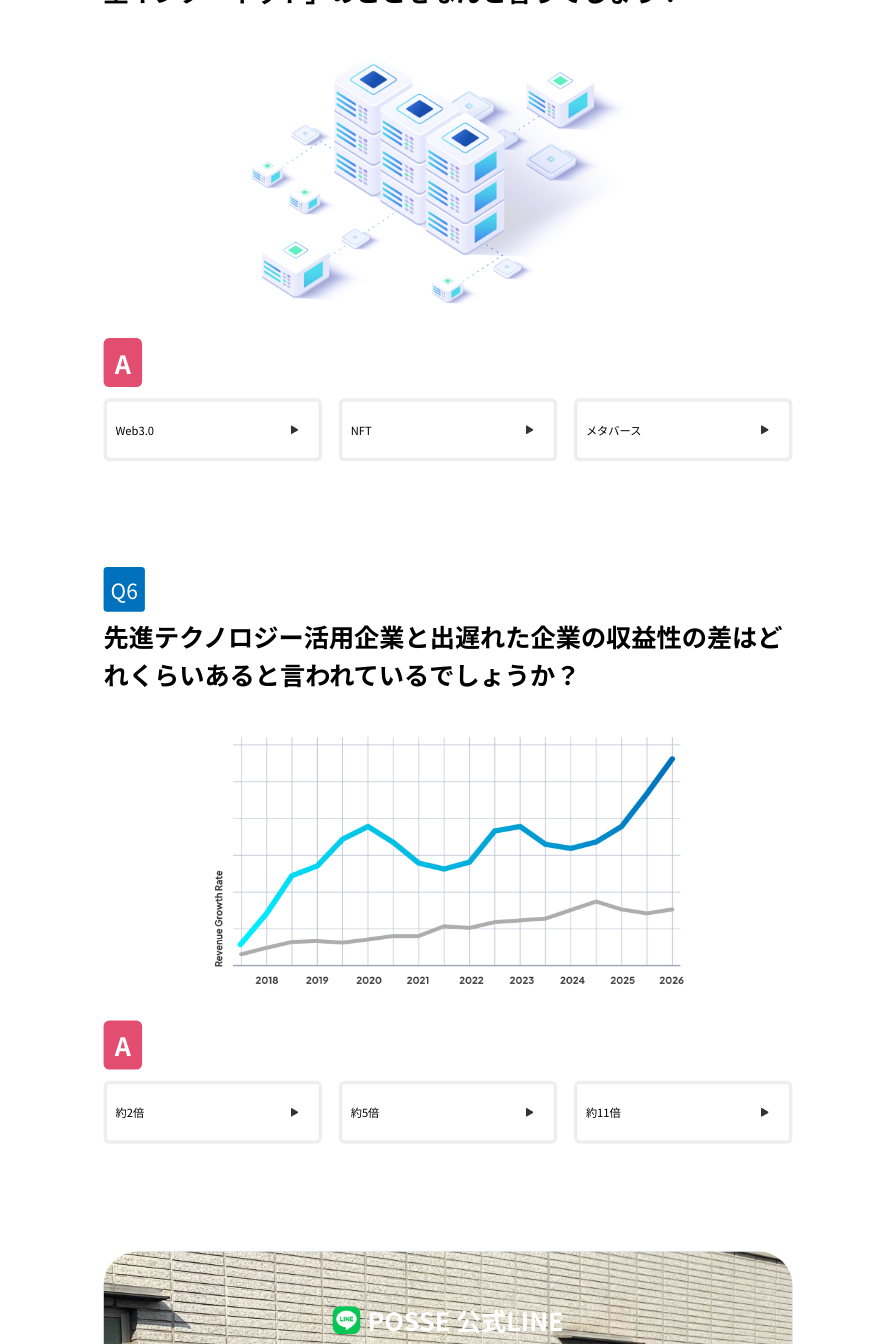
Repository: posse-ap/gen3.0-yurietanaka
Page: ph1-web-quiz/index.html
These files come from the project's save history. The page is drawn as it stood at one moment and after the next save; the edit follows.
The browser window is 1280 px wide. The pictures show the part of the page from y = 4580 to 6500 px (the page is 7059 px tall), at 70% of full size.

Above is the page before, as saved 2022-09-02 15:27:11.

### ph1-web-quiz/index.html
<!DOCTYPE html>
<html lang="ja">
<head>
        <meta charset="UTF-8">
        <meta http-equiv="X-UA-Compatible" content="IE=edge">
        <meta name="viewport" content="width=device-width, initial-scale=1.0">
        <title>ITクイズ | POSSE 初めてのWeb制作</title>

        <link rel="stylesheet" href="reset.css">
        <link rel="stylesheet" href="style.css">
        <script defer src="./main.js"></script>


        <link rel="preconnect" href="https://fonts.googleapis.com">
        <link rel="preconnect" href="https://fonts.gstatic.com" crossorigin="">
        <link href="https://fonts.googleapis.com/css2?family=Noto+Sans+JP:wght@400;700&amp;family=Plus+Jakarta+Sans:wght@400;700&amp;display=swap" rel="stylesheet">

</head>


<body>

  <header class="header">
            <div class="header-logo"><img src="./assets-ph1-website-main 2/img/logo.svg" alt="POSSE"></div>

            <ul class="header-item">
                <li class="rightheader-word">
                    <a href="https://posse-ap.github.io/sample-ph1-website/" class="top-page-url">トップページ</a>
                </li>
                <li class="rightheader-word">
                    <a href="https://posse-ap.github.io/sample-ph1-website/quiz/" class="quiz-page-url" >クイズ</a>
                </li>

                <li class="rightheader-icon">
                <img src="assets-ph1-website-main 2/img/icon/icon-twitter.svg">
                <a href="https://twitter.com/posse_program"></a>
                </li>

                <li class="rightheader-icon">
                <img src="./assets-ph1-website-main 2/img/icon/icon-instagram.svg">
                <a href="https://www.instagram.com/posse_programming/"></a>
                </li>
            </ul>
        </header>





  <main class="main">

      <div class="heropage">
        <img src="./assets-ph1-website-main 2/img/quiz/bg-hero.jpg" class="hero-pic">
        <h1 class="hero">
              <span class="hero1">POSSE課題</span>
              <br>
              <br>
              <br>
              <span class="hero2">ITクイズ</span>
        </h1>
      </div>

      <div class="quizpage">
                  <!-- <ul class="questions">
                    <li class="q-number">Q1</li>
                    <br>
                    <li class="q-passage" >日本のIT人材が2030年には最大どれくらい不足すると言われ<br>ているでしょうか？</li>
                    <img src="./assets-ph1-website-main 2/img/quiz/img-quiz01.png" class="q-pic">
                  </ul>

                  <br>
                    <span class="answer">A</span>

                    <ul class="buttons">
                      <li class="selectbox" id="answerlist_1_1" onclick="check(1, 1, 2)">
                        <button class="" data-answer="0">
                        約28万人▶︎
                        </button>
                    </li>
                      <li class="selectbox" id="answerlist_1_2" onclick="check(1,2,2)">
                        <button class="" data-answer="1">
                        約79万人▶︎
                        </button>
                    </li>
                      <li class="selectbox"id="answerlist_1_3" onclick="check(1,3,2)">
                        <button  data-answer="2">
                        約183万人▶︎
                        </button>
                    </li>
                    </ul>

                <cite class="cite">
                  <img src="./assets-ph1-website-main 2/img/icon/icon-note.svg" class="cite-pic">
                  経済産業省 2019年3月 － IT 人材需給に関する調査
                </cite>
                </section>


                <section data-quiz="1">
                    <h2 class="questions">
                    <span class="q-number">Q2</span>
                    <span class="q-passage">既存業界のビジネスと、先進的なテクノロジーを結びつけて生まれた、新しいビジネスのことをなんと言うでしょう？</span>
                  </h2>
                    <img src="./assets-ph1-website-main 2/img/quiz/img-quiz02.png"  class="q-pic">
                  <span class="answer">A</span>
                  <ul class="buttons">
                    <li>
                      <button data-answer="0">
                        INTECH
                      </button>
                    </li>

                    <li>
                      <button data-answer="1">
                        BIZZTECH<i class=""></i>
                      </button>
                    </li>

                    <li>
                      <button  data-answer="2">
                        X-TECH<i class=""></i>
                      </button>
                    </li>
                  </ul>
              </section>

              <section data-quiz="2">
                  <h2 class="questions">
                    <span class="q-number">Q3</span>
                    <span class="q-passage">IoTとは何の略でしょう？</span>
                  </h2>
                    <img src="./assets-ph1-website-main 2/img/quiz/img-quiz03.png"  class="q-pic">
                  <span class="answer">A</span>
                  <ul class="buttons">
                    <li>
                      <button data-answer="0">
                        Internet of Things
                      </button>
                    </li>
                    <li >
                      <button data-answer="1">
                        Integrate into Technology
                      </button>
                    </li>
                      <button  data-answer="2">
                        Information on Tool
                      </button>
                    </li>
                  </ul>
                </div>
              </section>

              <section  data-quiz="3">
                  <h2 class="questions">
                    <span class="q-number">Q4</span>
                    <span class="q-passage">イギリスのコンピューター科学者であるギャビン・ウッド氏が提唱した、ブロックチェーン技術を活用した「次世代分散型インターネット」のことをなんと言うでしょう？</span>
                  </h2>
                    <img src="./assets-ph1-website-main 2/img/quiz/img-quiz04.png"  class="q-pic">
                  <span class="answer">A</span>
                  <ul class="buttons">
                    <li>
                      <button class="" dataAnswer="0">
                        Society 5.0
                      </button>
                    </li>
                    <li >
                      <button class="" dataAnswer="1">
                        CyPhy<i class=""></i>
                      </button>
                    </li>
                    <li>
                      <button dataAnswer="2">
                        SDGs
                      </button>
                    </li>
                  </ul>
                <cite class="cite">
                Society5.0 - 科学技術政策 - 内閣府
                </cite>
              </section>

              <section  data-quiz="4">
                  <h2 class="questions">
                    <span class="q-number">Q5</span>
                    <span class="q-passage">イギリスのコンピューター科学者であるギャビン・ウッド氏が提唱した、ブロックチェーン技術を活用した「次世代分散型インターネット」のことをなんと言うでしょう？</span>
                  </h2>
                    <img src="./assets-ph1-website-main 2/img/quiz/img-quiz05.png" alt="" class="q-pic">
                  <span class="answer">A</span>
                  <ul class="buttons">
                    <li>
                      <button  dataAnswer="0">
                        Web3.0
                      </button>
                    </li>
                    <li>
                      <button dataAnswer="1">
                        NFT<i class=""></i>
                      </button>
                    </li>
                      <button class="" dataAnswer="2">
                        メタバース
                      </button>
                    </li>
                  </ul>
              </section>

              <section class="" data-quiz="5">
                  <h2 class="questions">">
                    <span class="q-number">Q6</span>
                    <span class="q-passage">先進テクノロジー活用企業と出遅れた企業の収益性の差はどれくらいあると言われているでしょうか？</span>
                  </h2>
                    <img src="./assets-ph1-website-main 2/img/quiz/img-quiz06.png" alt="" class="q-pic">

                  <span class="answer">A</span>
                  <ul class="buttons">
                      <button class="" dataAnswer="0">
                        約2倍
                      </button>
                    </li>
                    <li class="">
                      <button class="" dataAnswer="1">
                        約5倍
                      </button>
                    </li>
                    <li class="">
                      <button class="" dataAnswer="2">
                        約11倍
                      </button>
                    </li>
                  </ul>
                </div>
                <cite class="">
                  Accenture Technology Vision 2021
                </cite>
              </section>
            </div> -->
          </div>
        </main>





        <div class="p-line">
          <div class="l-container">

              <div class="p-line-body-inner">
                <img src="./assets-ph1-website-main 2/img/icon/35546.jpeg" class="footer-line-icon">
                <h2 class="p-line-title">POSSE 公式LINE</h2>
              </div>

                <div class="p-line-content">
                  <p>公式LINEにてご質問を随時受け付けております。<br>詳細やPOSSE最新情報につきましては、公式LINEにてお知らせ致しますので<br>下記ボタンより友達追加をお願いします！</p>
                </div>

                <a href="https://line.me/R/ti/p/@651htnqp?from=page"class="p-line-footer">
                  LINE追加
                  <img src="./assets-ph1-website-main 2/img/icon/icon-link-gray-dark.svg">
                </a>
          </div>
        </div>



        <footer class="footer">

<hr>

            <div class="footer2">

                <img src="./assets-ph1-website-main 2/img/logo.svg" class="footer2logo" >

                <a href="https://posse-ap.com/"class="footer2-moji">POSSE公式サイト<img src="./assets-ph1-website-main 2/img/icon/icon-link-gray-dark.svg" ></a>


                  <ul class="footer2icon">
                    <li class="f2-sns">
                    <a href="https://twitter.com/posse_program">
                    <img src="./assets-ph1-website-main 2/img/icon/icon-twitter.svg">
                    </a>
                    </li>

                    <li class="f2-sns">
                    <a href="https://www.instagram.com/posse_programming/"   ><img src="./assets-ph1-website-main 2/img/icon/icon-instagram.svg">
                    </a>
                    </li>
                  </ul>
            </div>

<hr>

            <div class="copyright">
                <small lang="en">©︎2022 POSSE</small>
            </div>
        </footer>


    </body>



</html>

### ph1-web-quiz/reset.css
@charset "UTF-8";
html, body, div, span, applet, object, iframe,
h1, h2, h3, h4, h5, h6, p, blockquote, pre,
a, abbr, acronym, address, big, cite, code,
del, dfn, em, img, ins, kbd, q, s, samp,
small, strike, strong, sub, sup, tt, var,
b, u, i, center,
dl, dt, dd, ol, ul, li,
fieldset, form, label, legend,
table, caption, tbody, tfoot, thead, tr, th, td,
article, aside, canvas, details, embed,
figure, figcaption, footer, header, hgroup,
menu, nav, output, ruby, section, summary,
time, mark, audio, video {
margin: 0;
padding: 0;
border: none;
font-style: normal;
text-align: left;
zoom: 1;
}
article, aside, details, figcaption, figure,
footer, header, hgroup, menu, nav, section {
display: block;
}
table {
border-collapse: collapse;
font-family: inherit;
}
h1,h2,h3,h4,h5 {
font-size: 100%;
font-weight: normal;
line-height: 1;
}
input,textarea,select {
font-family: inherit;
font-size: 16px;
}
input[type="button"],input[type="text"],input[type="submit"] {
 -webkit-appearance: none;
 border-radius: 0;
}
textarea {
resize: none;
-webkit-appearance: none;
border-radius: 0;
}
th,td {
border-collapse: collapse;
}
table th,table td {
white-space: nowrap;
}
ul,ol {
list-style-type: none;
}
img {
vertical-align: text-bottom;
vertical-align: -webkit-baseline-middle;
max-width: 100%;
height: auto;
width /***/:auto;
}

### ph1-web-quiz/style.css
/* header */

.header{
    display: flex;
    justify-content: space-between;
    align-items: center;
    position: fixed;
    width: 100%;
    background-color:white;
    padding: 20px;
}

.header-item{
    display: flex;
    justify-content: space-between;
    align-items: center;
    color: gray;
    text-decoration: none;
}

.header-logo{
    margin-left: 20px;
}

.rightheader-word{
    margin-right: 20px;
    text-decoration: none;
    color: gray;
}

.rightheader-icon{
margin-right: 20px;
margin-bottom: 5px;
}
.top-page-url{
color: gray;
text-decoration: none;
}

.quiz-page-url{
color: gray;
text-decoration: none;
}

body{
font-family: "Noto Sans JP", sans-serif;
}


/* hero */

.heropage{
margin-bottom: 50px;
}

/* .hero-pic{

} */

.hero{
position:absolute;
top: 190px;
left: 500px;

}

.hero1{
color: white;
font-size: 20px;
}

.hero2{
color: white;
font-size: 50px;

}

/* quiz */
.p-quiz-box{
max-width: 1032px;
width: 100%;
margin: 120px auto 0;
}

.q-container{
    padding: 24px;
}

.quizpage{
display: flex;
flex-direction: column;
justify-content: center;
text-align: left;
}

.questions{
/* display: flex; */
flex-direction: column;
justify-content: center;
}

.q-number{
background-color: #0071bc;
border-radius: 5px;
font-size: 30px;
color: white;
padding: 10px;
/* margin: 10px; */
width: 40px;
}
.q-passage{
font-size: 36px;
font-weight: bold;
display: block;
margin-top: 24px;
line-height: 1.5;
}

.answer{
display: inline-block;
padding: 8px 16px;
background: #e34e70;
border-radius: 8px;
font-style: normal;
font-weight: 700;
font-size: 36px;
line-height: 150%;
color: #ffffff;
}

.q-pic{
max-width:718px;
width: 100%;
height: 357px;
display: block;
margin:64px auto 0 ;
}

.p-quiz-box-answer{
text-align: left;
padding: 24px;
}

.buttons{
display: flex;
justify-content: center;
gap: 24px;
margin-top: 16px;
max-width: 1002px;
width: 100%;
}

.select-box {
width: 100px;
height: 30px;
}

.correct-button{
border: solid 2px blue;
}

.incorrect-button{
border: solid 2px blue;
}

.yes,.no{
color: #e34e70;
font-size: 24px;
line-height: 150%;
letter-spacing: 0.05em;
padding-top: 24px;
margin-left: 40px;
}

.A{
display: inline-block;
font-size: 24px;
font-weight: 700;
line-height: 180%;
margin-top: 16px;
margin-right: 16px;
margin-left: 40px;
}

h3{
font-weight: 700;
}

.no{
color: #0071bc;
}

.pointer-none{
pointer-events: none;
}

.cite{
margin-bottom: 10px;
background-color: gray;
width: 600px;
}

.btn{
background-color: #ffffff;
border:5px solid #eeeeee;
border-radius: 8px;
max-width: 290px;
width:100%;
height: 80px;
line-height: 80px;
padding-left: 12px;
cursor: pointer;
cursor: hand;
}

.arrow{
background-image: url(./assets-ph1-website-main\ 2/img/icon/icon-arrow.svg);
background-repeat: no-repeat;
background-position: 90% center;

}

.answer-box{
background-color: #fff2f5;
display: none;
height: 143px;
margin-top: 16px;
border-radius: 8px;
}

.x-answer-box{
background-color: #eff2f5;
display: none;
height: 143px;
margin-top: 16px;
border-radius: 8px;

}

.show{
display: block;
}

/* footer */
.p-line{
margin-top: 130px;
}
.l-container{
width: 984px;
height: 357px;
background-color: #0071bc;
border-radius: 48px;
color: #ffffff;
margin: 0 auto;
display: flex;
flex-direction: column;
align-items: center;
justify-content: center;
background-image: url(./assets-ph1-website-main\ 2/img/bg-line.jpg) ;
background-repeat: no-repeat;
background-size: ;
}
.p-line-body-inner{
display: flex;
align-items: center;
gap: 10px;
}
.p-line-title{
font-size: 36px;
font-weight: 700;
}
.footer-line-icon{
width: 40px;
border-radius: 11px;
}
.p-line-content p{
text-align: center;
}
.p-line-content{
margin-top: 18px;
}
.p-line-footer{
background-color: #ffffff;
width: 320px;
margin-top: 24px;
text-align: center;
padding: 12px;
border-radius: 50px;
text-decoration: none;
color: #333;
font-weight: bold;
position: relative;
}
.p-line-footer img{
width: 12px;
height: 12px;
position: absolute;
top: 17px;
right: 15px;
}


/* footer2 */
.footer2{
display: flex;
flex-direction: column;
justify-content: center;
align-items: center;
}

.footer2 a{
text-decoration: none;
color: #666666;
}

.footer2 a img{
width: 16px;
height: 16px;
margin-top: 4px;
}

.footer2logo{
width: 202px;
height: 39px;
margin-top: 50px;
}

.footer2-moji{
display: flex;
justify-content: center;
gap: 7px;
margin-top: 24px;
}

.footer2icon{
display: flex;
justify-content: center;
margin-bottom: 50px;
}

.f2-sns a{
width: 50px;
height: 50px;
border: 3px #eee solid;
border-radius: 50%;

}

/* copyright */
.copyright{
text-align: center;
height: 80px;
line-height: 80px;
}

### ph1-web-quiz/main.js
'use strict';

const question = [
    {
        questionText : "日本のIT人材が2030年には最大どれくらい不足すると言われ<br>ているでしょうか?",
        select : ["約28万人", "約79万人","約183万人"],
        answer :  1,
        note : "経済産業省 2019年3月 - IT 人材需給に関する調査"
    },
    {
        questionText : "既存業界のビジネスと、先進的なテクノロジーを結びつけて<br>生まれた、新しいビジネスのことをなんと言うでしょう？",
        select : ["INTECH","BIZZTECH"," X-TECH"],
        answer : 2
    },
    {
        questionText : "IoTとは何の略でしょう?",
        select : ["Internet of Things","Integrate into Technology","Information on Tool"],
        answer : 0
    },
    {
        questionText : "イギリスのコンピューター科学者であるギャビン・ウッド氏<br>が提唱した、ブロックチェーン技術を活用した「次世代分散<br>型インターネット」のことをなんと言うでしょう？",
        select : ["Society 5.0","CyPhy","SDGs"],
        answer : 0,
        note :"Society5.0 - 科学技術政策 - 内閣府"
    },
    {
        questionText : "イギリスのコンピューター科学者であるギャビン・ウッド氏<br>が提唱した、ブロックチェーン技術を活用した「次世代分散<br>型インターネット」のことをなんと言うでしょう？",
        select :["Web3.0","NFT","メタバース"],
        answer : 0
    },
    {
        questionText : "先進テクノロジー活用企業と出遅れた企業の収益性の差はど<br>れくらいあると言われているでしょうか？",
        select :["約2倍","約5倍","約11倍"],
        answer : 1,
        note : "Accenture Technology Vision 2021"
    }
]
console.log(question[0].select[question[0].answer]);

console.log(question[0].answer)

// htmlの生成　問題の表示
function create(questionNumber,questionText,selectArray){
    let quiz = `
    <section data-quiz="1" class="p-quiz-box">
    <div class="q-container">
    <h2 class="questions">
        <span class="q-number">Q${questionNumber}</span>
        <span class="q-passage">${questionText}</span>
    </h2>
    <img src="./assets-ph1-website-main 2/img/quiz/img-quiz0${questionNumber}.png"  class="q-pic">
    </div>

    <div class="p-quiz-box-answer">
    <span class="answer">A
    </span>
    <ul class="buttons" id="select_${questionNumber}">`
    selectArray.forEach(function(value,index){
        quiz +=`<li class="btn arrow" id="select_${questionNumber}_${index}">
                ${value}
        </li>`
    } )
    quiz +=`</ul>
    <div class="answer-box" id="answer-box-${questionNumber}">
    <h3 class="yes">正解！</h3>
    <span class="A">A</span>
    <span>${question[questionNumber-1].select[question[questionNumber-1].answer]}</span>
    </div>

    <div class="x-answer-box" id="x-answer-box-${questionNumber}">
    <h3 class="no">不正解...</h3>
    <span class="A">A</span>
    <span class"">${question[questionNumber-1].select[question[questionNumber-1].answer]}</span>
    </div>
    </div>

    </section>`
    const quizpage = document.querySelector('.quizpage');
    quizpage.insertAdjacentHTML('beforeend',quiz)
}


question.forEach(function(value,index){
    create(index+1,value.questionText,value.select)
    for(let i = 0; i < value.select.length;i++){
        const question =document.getElementById(`select_${index+1}`)
        const selection = document.getElementById(`select_${index+1}_${i}`)
        const answerBox =document.getElementById(`answer-box-${index+1}`)
        const XAnswerBox =document.getElementById(`x-answer-box-${index+1}`)

        selection.addEventListener("click",function(){

            if(i == value.answer){
                selection.classList.add("correct-button")
                answerBox.classList.add("show")
                question.classList.add("pointer-none")
            }else{
                selection.classList.add("incorrect-button")
                XAnswerBox.classList.add("show")
                question.classList.add("pointer-none")
            }
        },)
    }
})

After the next save:
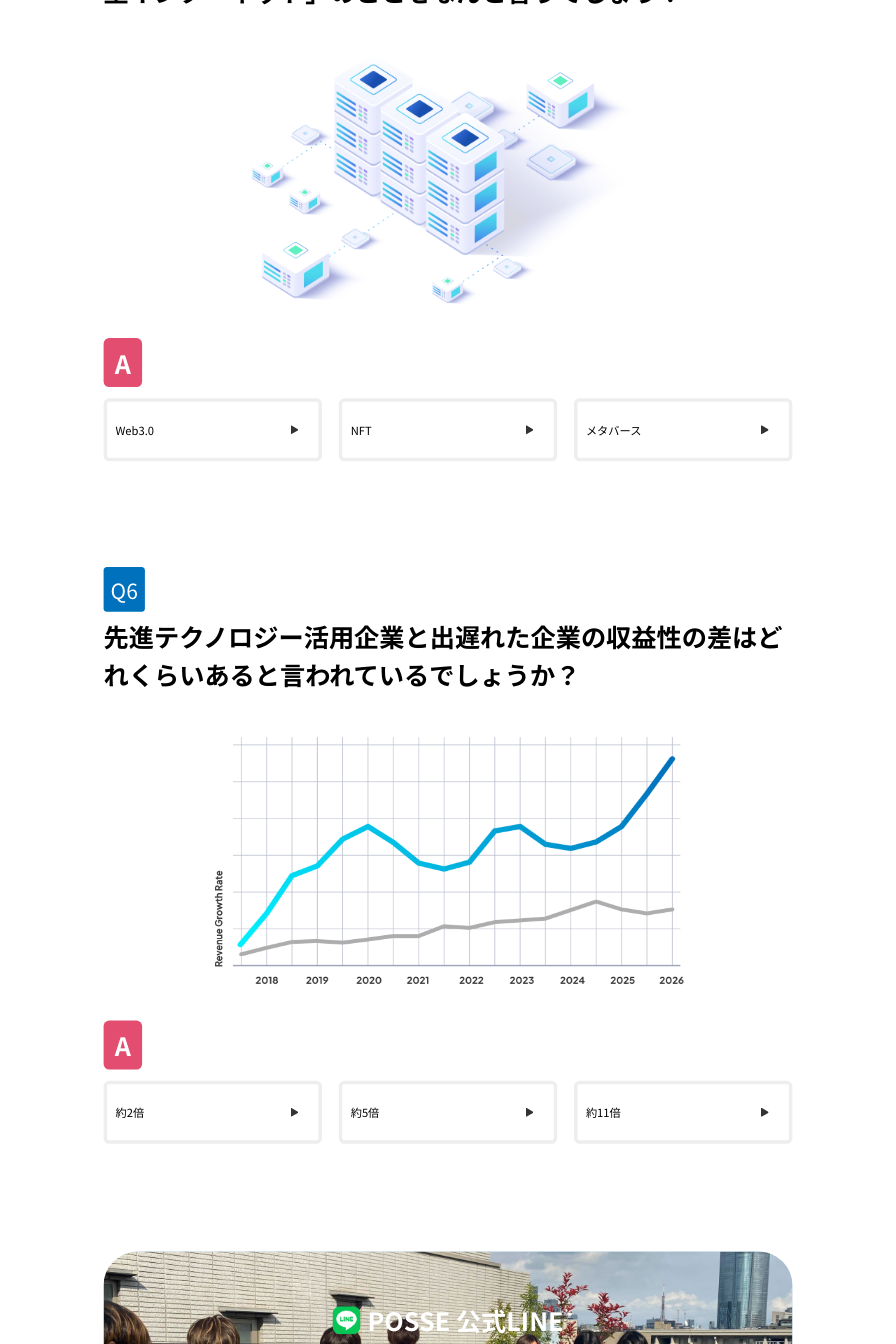
Saved 6 s later.
--- a/ph1-web-quiz/style.css
+++ b/ph1-web-quiz/style.css
@@ -258,7 +258,7 @@ align-items: center;
 justify-content: center;
 background-image: url(./assets-ph1-website-main\ 2/img/bg-line.jpg) ;
 background-repeat: no-repeat;
-background-size: ;
+background-size: cover;
 }
 .p-line-body-inner{
 display: flex;
